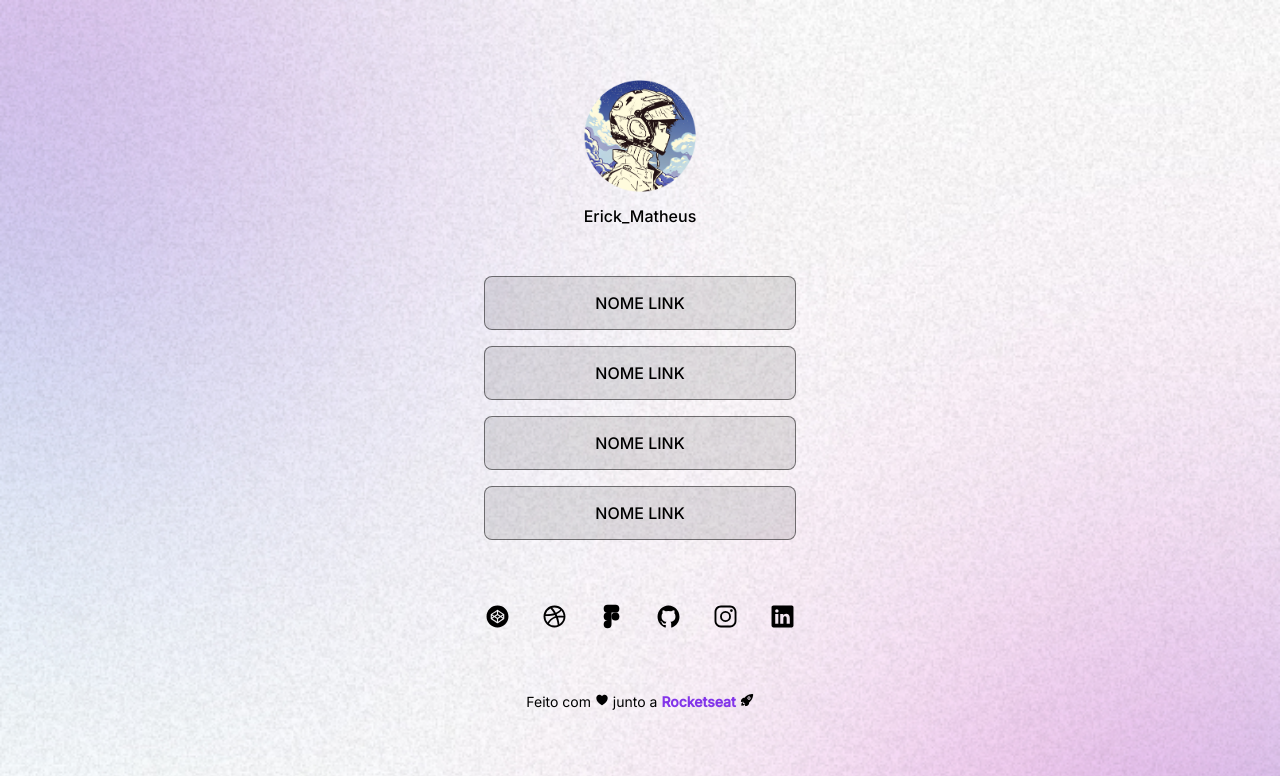
Repository: e-rickmatheus/project_dev_links
Page: index.html
These files come from the project's save history. The page is drawn as it stood at one moment and after a run of saves; the edit follows.
The browser window is 1280 px wide. The pictures show the whole page.

Above is the page before, as saved 2025-04-03 18:45:01.

After the next 4 saves:
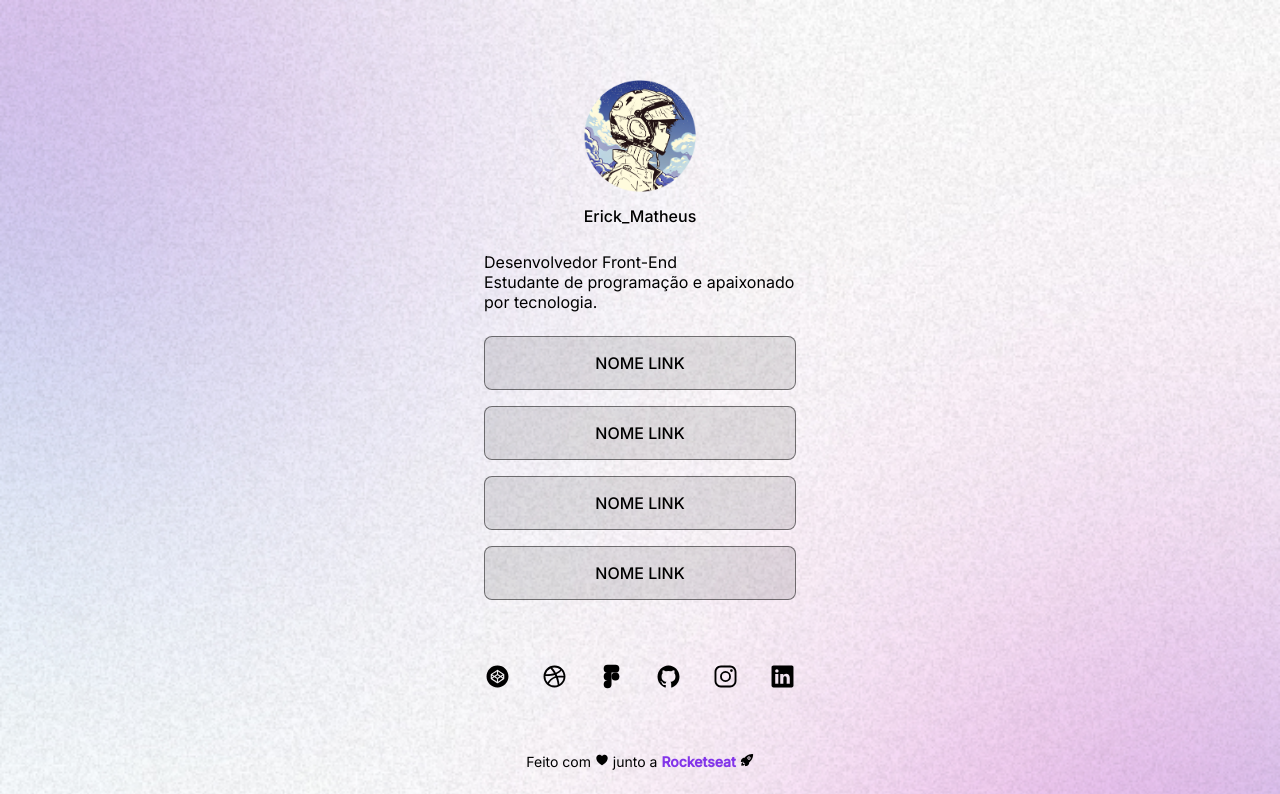
The 4 saves are shown as one change because they came seconds apart.
The last was saved 40 min 50 s later.
--- a/index.html
+++ b/index.html
@@ -17,8 +17,10 @@
     <div id="profile">
       <img id="avatar" src="./assets/avatar-pilot-day.png" alt="avatar-light">
       <p>Erick_Matheus</p>
-
     </div>
+    <div id="description">
+      <p>Desenvolvedor Front-End</p>
+      <p>Estudante de programação e apaixonado por tecnologia.</p>
   <ul>
     <li>
       <a href="#" target="_blank">NOME LINK</a>
